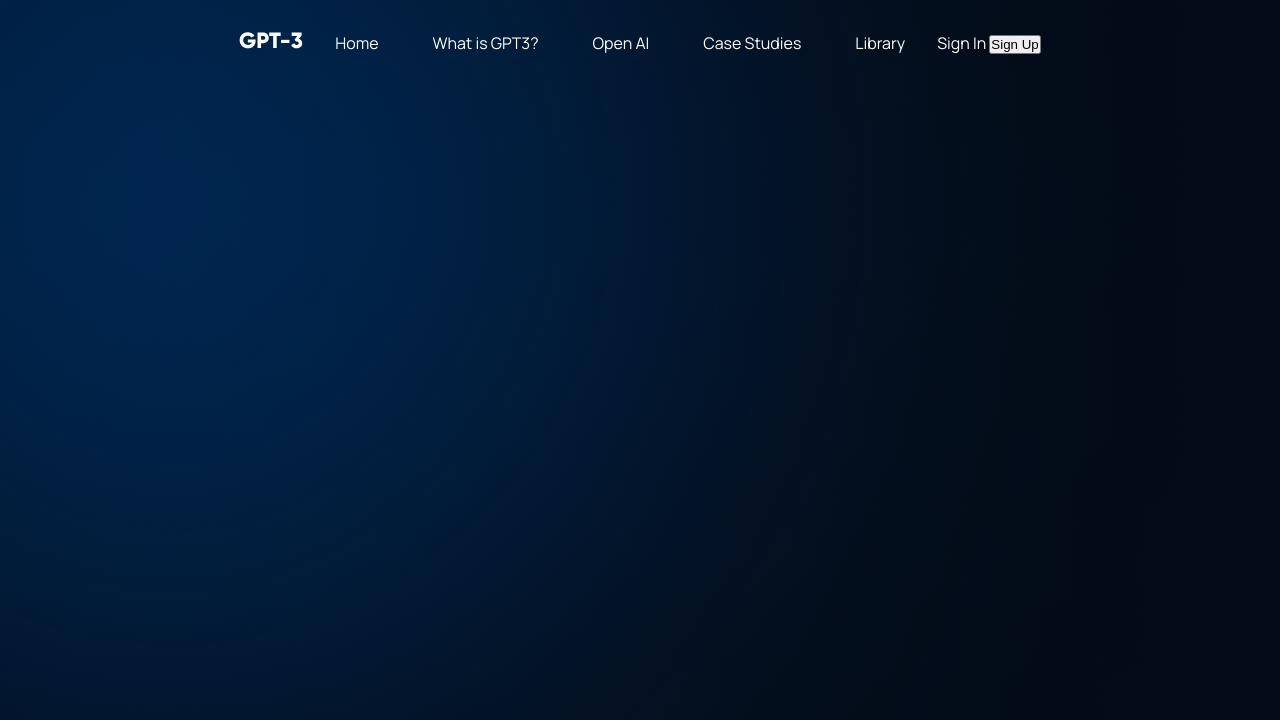
Repository: guilhermecardoso93/lp-gpt3
Page: index.html
An editor plug-in stored every save of this project. The page is shown before and after the next save, followed by the edit.
The browser window is 1280 px wide. The pictures show the whole page.

Above is the page before, as saved 2022-08-22 22:34:07.

After the next save:
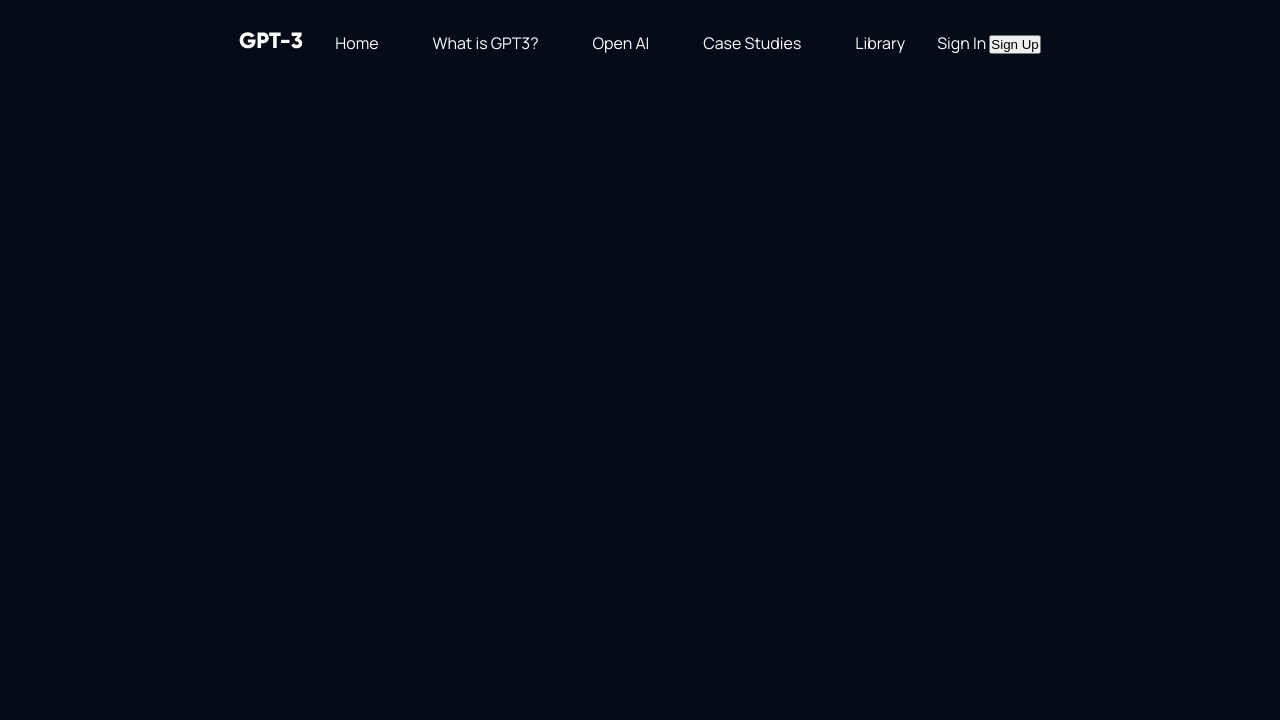
Saved 75 s later.
--- a/style.css
+++ b/style.css
@@ -12,15 +12,17 @@
 }
 
 body {
-  background: #040c18;
   font-family: "Manrope", sans-serif;
+
   width: 100%;
   display: flex;
   align-items: center;
   justify-content: center;
+
   background-image: url(/assets/blur-background-left.png);
   background-repeat: no-repeat;
   background-position: top left;
+  background: #040c18;
   overflow-x: hidden;
 }
 
